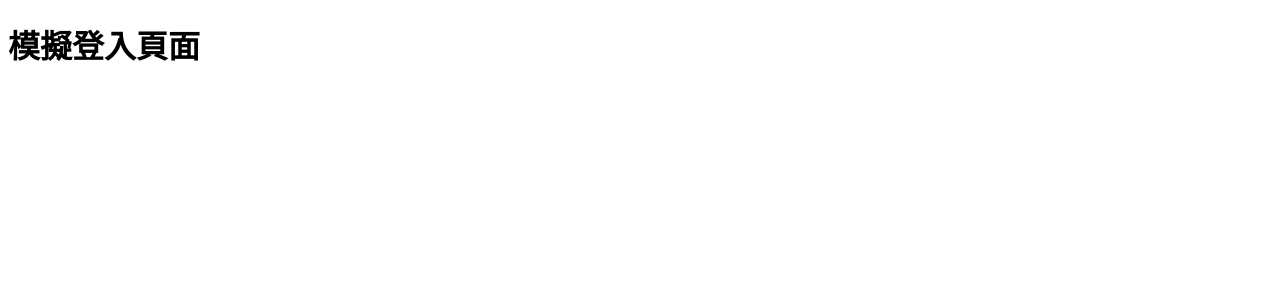
Repository: fgh64hfhk/webworkspace
Page: eeit82_web/src/main/webapp/web61.html
The author's editor kept a copy of each file at every save. The page is drawn from the files as they stood at one save, then again after a run of saves.
The browser window is 1280 px wide. The pictures show the whole page.

Above is the page before, as saved 2024-05-13 08:12:03.

### eeit82_web/src/main/webapp/web61.html
<!DOCTYPE html>
<html>
	<head>
		<meta charset="UTF-8">
		<title>web61 page</title>
		<script type="text/javascript" src="js/cookies.js"></script>
	</head>
	<body>
		<h1>模擬登入頁面</h1>
		<form action="web62.jsp" onsubmit="return false;">

		</form>
	</body>
</html>

Loaded but not shown: eeit82_web/src/main/webapp/js/cookies.js (no copy from this time; the picture is the same without it)

After the next 2 saves:
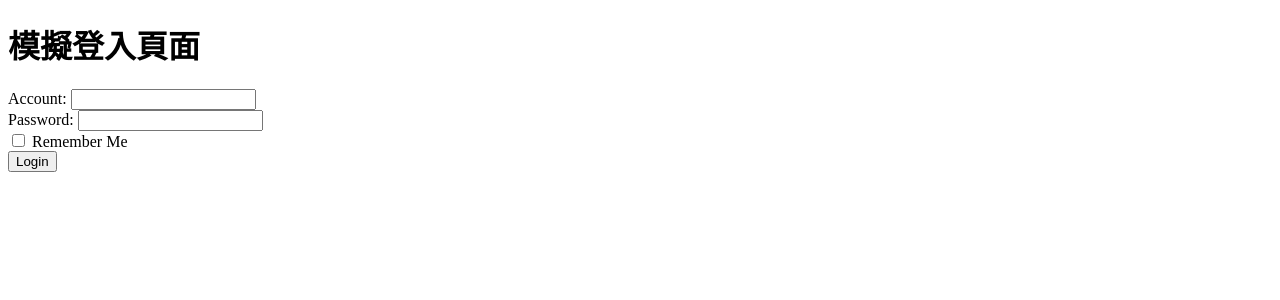
The 2 saves are shown as one change because they came seconds apart.
The last was saved 14 s later.
--- a/eeit82_web/src/main/webapp/web61.html
+++ b/eeit82_web/src/main/webapp/web61.html
@@ -8,7 +8,11 @@
 	<body>
 		<h1>模擬登入頁面</h1>
 		<form action="web62.jsp" onsubmit="return false;">
-
+			Account:
+			<input name="account" id="account" /><br />
+			Password: <input name="passwd" id="passwd" /><br />
+			<input type="checkbox" id="remember" /> Remember Me<br />
+			<input type="submit" value="Login" />
 		</form>
 	</body>
 </html>
